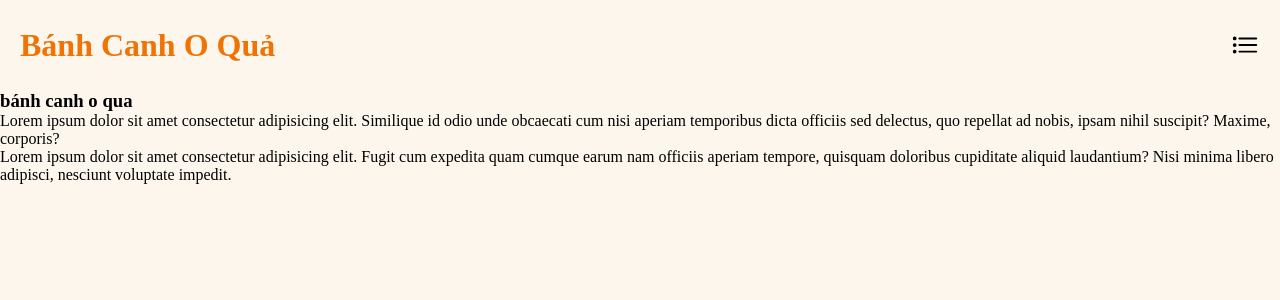
Repository: LeCongTuan2608/AmThuc
Page: public/index.html
These files come from the project's save history. The page is drawn as it stood at one moment and after the next save; the edit follows.
The browser window is 1280 px wide. The pictures show the whole page.
The style sheet was rebuilt from its Sass, Less or Tailwind sources for each picture, by a compiler version that may differ from the author's.

Above is the page before, as saved 2022-04-15 10:24:56.

### public/index.html
<!DOCTYPE html>
<html lang="en">
   <head>
      <meta charset="UTF-8" />
      <meta http-equiv="X-UA-Compatible" content="IE=edge" />
      <meta name="viewport" content="width=device-width, initial-scale=1.0" />
      <link rel="stylesheet" href="../sass/css/index.css" />
      <link rel="stylesheet" href="../Javascript/app.js" />
      <script type="module" src="https://unpkg.com/ionicons@5.5.2/dist/ionicons/ionicons.esm.js"></script>
      <script nomodule src="https: // unkg .com / ionicons @ 5.5.2 / dist / ionicons / ionicons.js "></script>
      <title>Ẩm Thực</title>
   </head>
   <body>
      <header>
         <div id="header">
            <h1>Bánh Canh O Quả</h1>
            <ion-icon name="list-outline"></ion-icon>
         </div>
      </header>
      <main>
         <div id="container">
            <div id="top">
               <div id="image">
                  <h3>bánh canh o qua</h3>
               </div>
            </div>
            <div id="middle">
               <div>
                  Lorem ipsum dolor sit amet consectetur adipisicing elit. Similique id odio unde obcaecati cum nisi
                  aperiam temporibus dicta officiis sed delectus, quo repellat ad nobis, ipsam nihil suscipit? Maxime,
                  corporis?
               </div>
               <div>
                  Lorem ipsum dolor sit amet consectetur adipisicing elit. Fugit cum expedita quam cumque earum nam
                  officiis aperiam tempore, quisquam doloribus cupiditate aliquid laudantium? Nisi minima libero
                  adipisci, nesciunt voluptate impedit.
               </div>
            </div>
         </div>
      </main>
      <footer></footer>
   </body>
</html>

### sass/index.scss
@import './variables';
html{
    font-size: 100%;
    width: 100%;
    height: 100%;
}
*{
    margin: 0;
    padding: 0;
}
body{
    width: 100%;
    height: 100%;
    background-color: $background-Color;
}
header #header{
    display: flex;
    height: 50px;
    padding: 20px;
    align-items: center;
    justify-content: space-between;
}
#header h1{
    color: $words_Color;
    cursor: pointer;
}
#header ion-icon{
    font-size: 30px;
    cursor: pointer;
}
main #container{
    display: flex;
    flex-direction: column;
}
#container{
    display: flex;
}


#image img{
    height: 300px;
    width: 200px;
}

### sass/variables.scss
$background-Color: #fcf6ed;
$words_Color: #f07305;

Loaded but not shown: Javascript/app.js (no stored copy; drawn as an empty file)

After the next save:
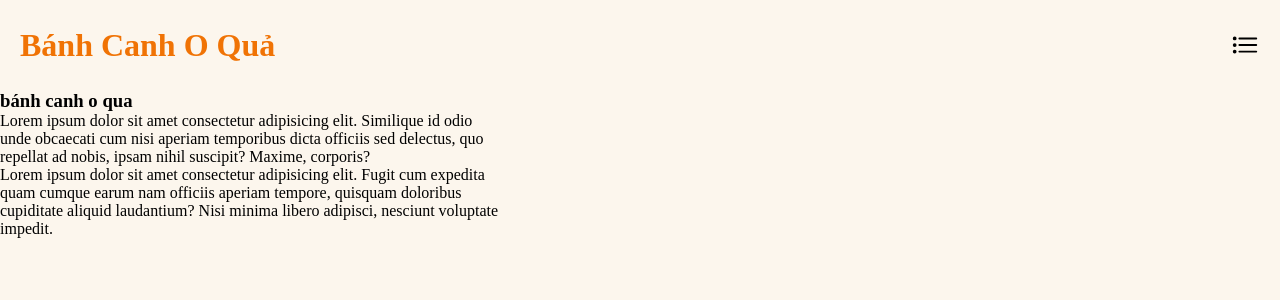
Saved 34 s later.
--- a/sass/index.scss
+++ b/sass/index.scss
@@ -31,6 +31,7 @@ header #header{
 main #container{
     display: flex;
     flex-direction: column;
+    width: 500px;
 }
 #container{
     display: flex;
